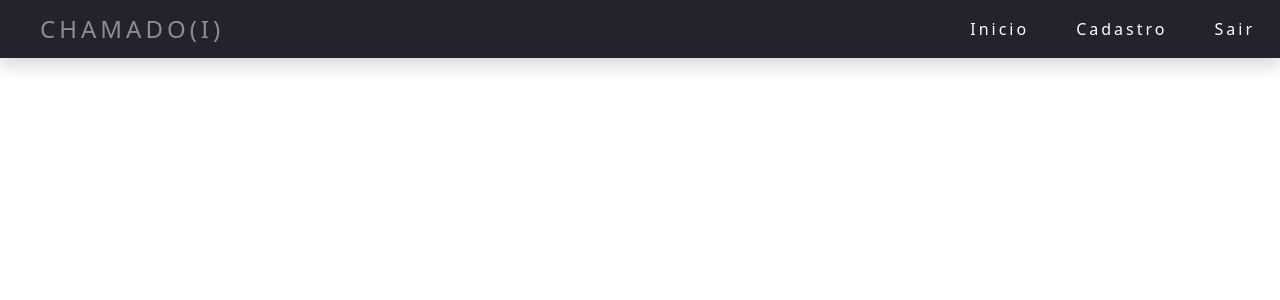
Repository: isaquemc2001/isaque-utilities
Page: index.html
These files come from the project's save history. The page is drawn as it stood at one moment and after the next save; the edit follows.
The browser window is 1280 px wide. The pictures show the whole page.

Above is the page before, as saved 2021-10-28 11:56:56.

### index.html
<!DOCTYPE html>
<html lang="pt-br">

<head>
    <meta charset="UTF-8">
    <meta http-equiv="X-UA-Compatible" content="IE=edge">
    <meta name="viewport" content="width=device-width, initial-scale=1.0">
    <title>Chamado</title>
    <script src="https://cdn.jsdelivr.net/npm/bootstrap@5.0.2/dist/js/bootstrap.bundle.min.js"
        integrity="sha384-MrcW6ZMFYlzcLA8Nl+NtUVF0sA7MsXsP1UyJoMp4YLEuNSfAP+JcXn/tWtIaxVXM"
        crossorigin="anonymous"></script>
    <link href="https://cdn.jsdelivr.net/npm/bootstrap@5.0.2/dist/css/bootstrap.min.css" rel="stylesheet"
        integrity="sha384-EVSTQN3/azprG1Anm3QDgpJLIm9Nao0Yz1ztcQTwFspd3yD65VohhpuuCOmLASjC" crossorigin="anonymous">
    <link rel="stylesheet" href="style.css">
</head>

<body>

    <header>
        <nav class="shadow">
            <a class="logo" href="#">Chamado(i)</a>
            <div class="mobile-menu">
                <div class="line1"></div>
                <div class="line2"></div>
                <div class="line3"></div>
            </div>
            <ul class="nav-list">
                <li><a href="#" class="mt-3 d-flex">Inicio</a></li>
                <li><a href="#" class="mt-3 d-flex">Cadastro</a></li>
                <li><a href="#" class="mt-3 d-flex">Sair</a></li>
            </ul>
        </nav>
    </header>



    <script src="mobile_navbar.js"></script>

</body>

</html>

### style.css
* {
    margin: 0;
    padding: 0;
}

a {
    color: #FFFFFF;
    text-decoration: none;
    transition: 0.3s;
}

a:hover {
    opacity: 0.6;
    color: #d3d3d3;
}

.logo {
    font-size: 24px;
    text-transform: uppercase;
    letter-spacing: 4px;
    padding: 40px;
}

nav {
    display: flex;
    justify-content: space-between;
    align-items: center;
    font-family: system-ui, -apple-system, Helvetica, Arial, sans-serif;
    background: #23232e;
    height: 8vh;
}

main {
    background: url("bg.jpg") no-repeat center center;
    background-size: cover;
    height: 92vh;
}

.nav-list {
    list-style: none;
    display: flex;
    padding: 10px;
}

.nav-list li {
    letter-spacing: 3px;
    margin-left: 32px;
    margin-right: 15px;
}

.mobile-menu {
    display: none;
    cursor: pointer;
}

.mobile-menu div {
    width: 32px;
    height: 2px;
    background: #fff;
    margin: 8px;
    transition: 0.3s;
}

@media (max-width: 999px) {
    body {
        overflow-x: hidden;
    }
    .nav-list {
        position: absolute;
        top: 8vh;
        right: 0;
        width: 50vw;
        height: 92vh;
        background: #23232e;
        flex-direction: column;
        align-items: center;
        transform: translate(100%);
        transition: transform 0.3s ease-in;
    }
    .nav-list li {
        margin-left: 0;
        opacity: 0;
        letter-spacing: 3px;
        margin-top: 32px;
    }
    .mobile-menu {
        display: block;
        padding: 25px;
    }
}

.nav-list.active {
    transform: translateX(0);
}

@keyframes navLinkFade {
    from {
        opacity: 0;
        transform: translateX(50px);
    }

    to {
        opacity: 1;
        transform: translateX(0);
    }
}

.mobile-menu.active .line1 {
    transform: rotate(-45deg) translate(-8px, 8px);
}

.mobile-menu.active .line2 {
    opacity: 0;
}

.mobile-menu.active .line3 {
    transform: rotate(45deg) translate(-6px, -6px);
}

### mobile_navbar.js
class MobileNavbar {
    constructor(mobileMenu, navList, navLinks) {
        this.mobileMenu = document.querySelector(mobileMenu);
        this.navList = document.querySelector(navList);
        this.navLinks = document.querySelectorAll(navLinks);
        this.activeClass = "active";

        this.handleClick = this.handleClick.bind(this);
    }

    animateLinks() {
        this.navLinks.forEach((link, index) => {
            link.style.animation
            ? (link.style.animation = "")
            : (link.style.animation = 'navLinkFade 0.5s ease forwards 0.3s');
        });
    }

    handleClick() {
        this.navList.classList.toggle(this.activeClass);
        this.mobileMenu.classList.toggle(this.activeClass);
        this.animateLinks();
    }

    addClickEvent() {
        this.mobileMenu.addEventListener("click", this.handleClick);
    }

    init() {
        if (this.mobileMenu) {
            this.addClickEvent();
        }
        return this;
    }
}

const mobileNavbar = new MobileNavbar(
    ".mobile-menu",
    ".nav-list",
    ".nav-list li",
);

mobileNavbar.init();

After the next save:
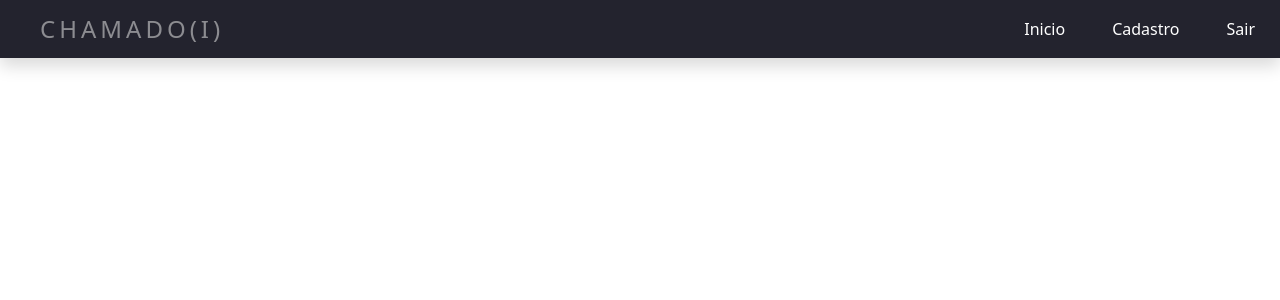
Saved 5 s later.
--- a/style.css
+++ b/style.css
@@ -43,7 +43,7 @@
 }
 
 .nav-list li {
-    letter-spacing: 3px;
+    letter-spacing: 0;
     margin-left: 32px;
     margin-right: 15px;
 }

After the save that followed:
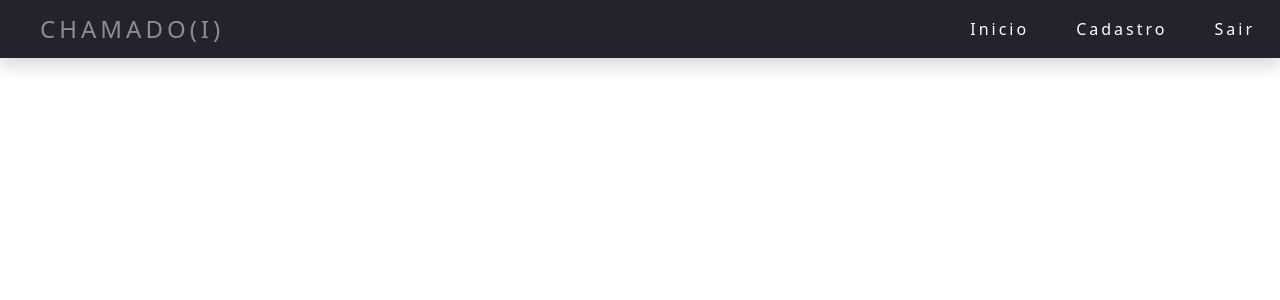
Saved 4 s later.
--- a/style.css
+++ b/style.css
@@ -43,7 +43,7 @@
 }
 
 .nav-list li {
-    letter-spacing: 0;
+    letter-spacing: 3px;
     margin-left: 32px;
     margin-right: 15px;
 }
